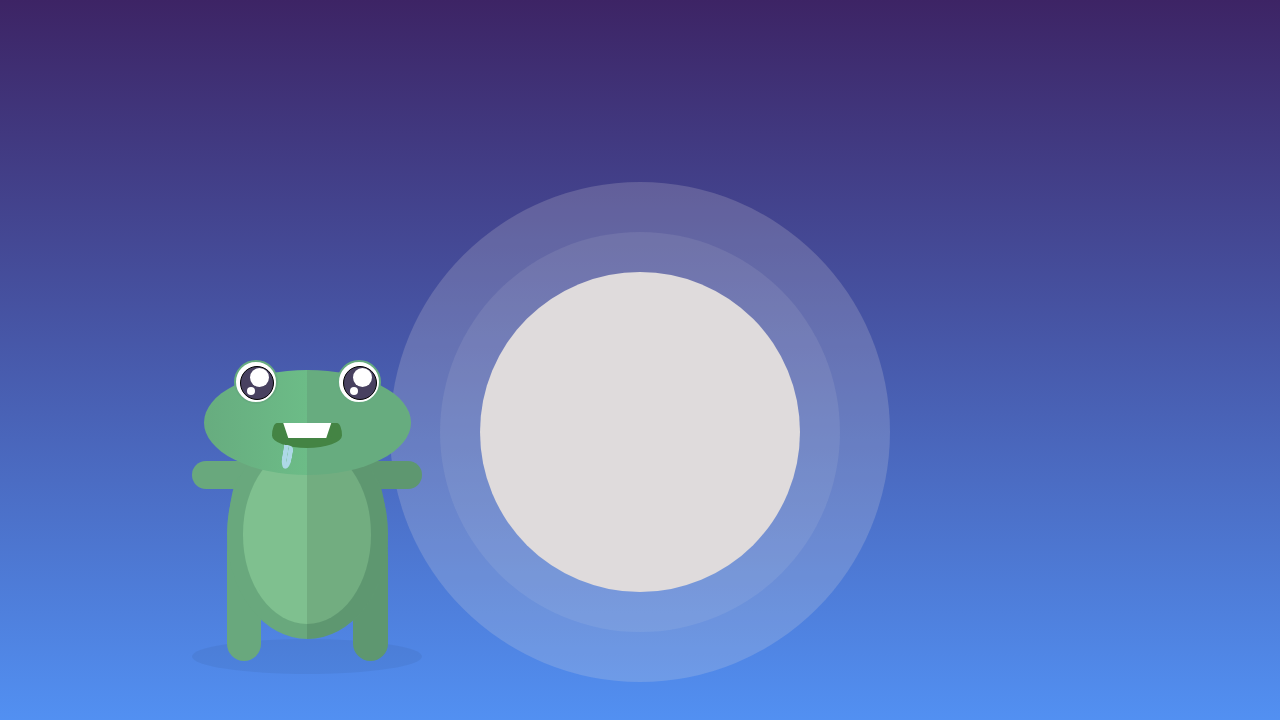
Repository: celinakhalife/cssCharacterDesign
Page: /
These files come from the project's save history. The page is drawn as it stood at one moment and after the next save; the edit follows.
The browser window is 1280 px wide. The pictures show the whole page.
The project was rebuilt for these pictures with package versions that can differ from the ones it lists, and the page was loaded fresh each time. Also part of the build but not shown: angular.json.

Above is the page before, as saved 2018-10-21 13:12:30.

After the next save:
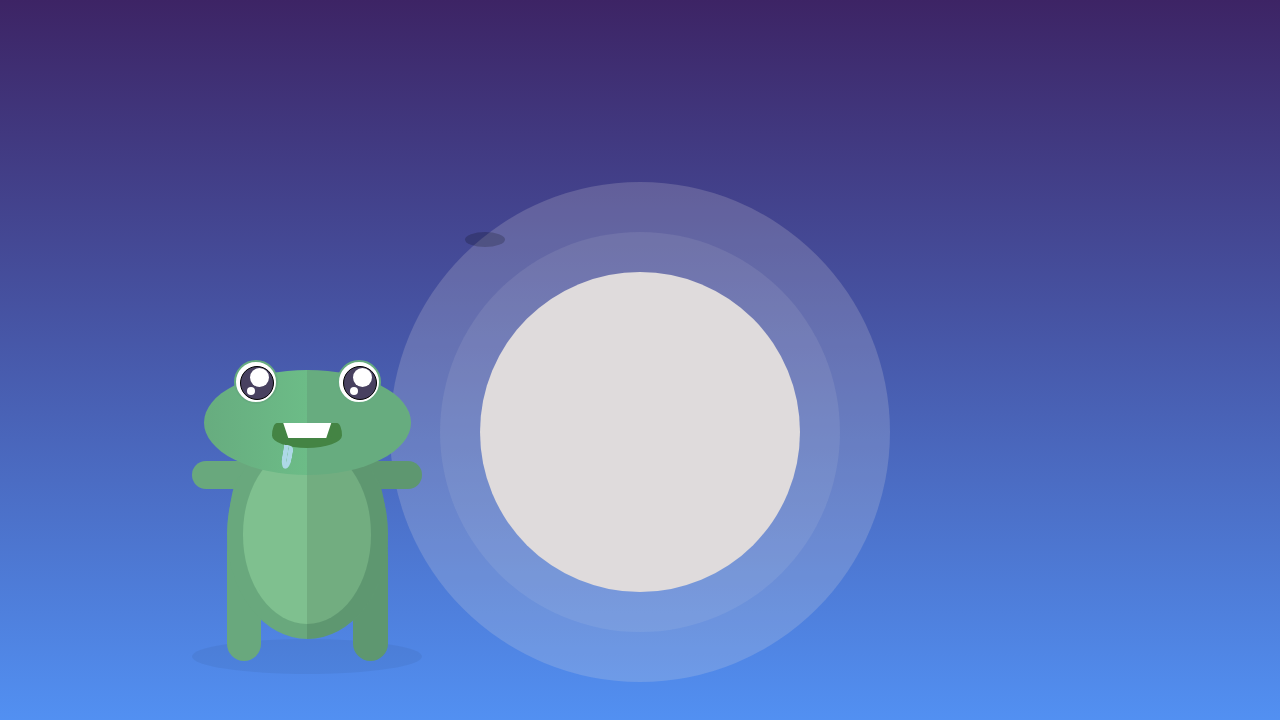
Saved 10 s later.
--- a/src/app/app.component.html
+++ b/src/app/app.component.html
@@ -2,8 +2,9 @@
   <div class="planet">
     <div class="circle-2">
       <div class="circle-1">
+        <div class="hole-1"></div>
+        <div class="hole-2"></div>
       </div>
-
     </div>
 
   </div>
